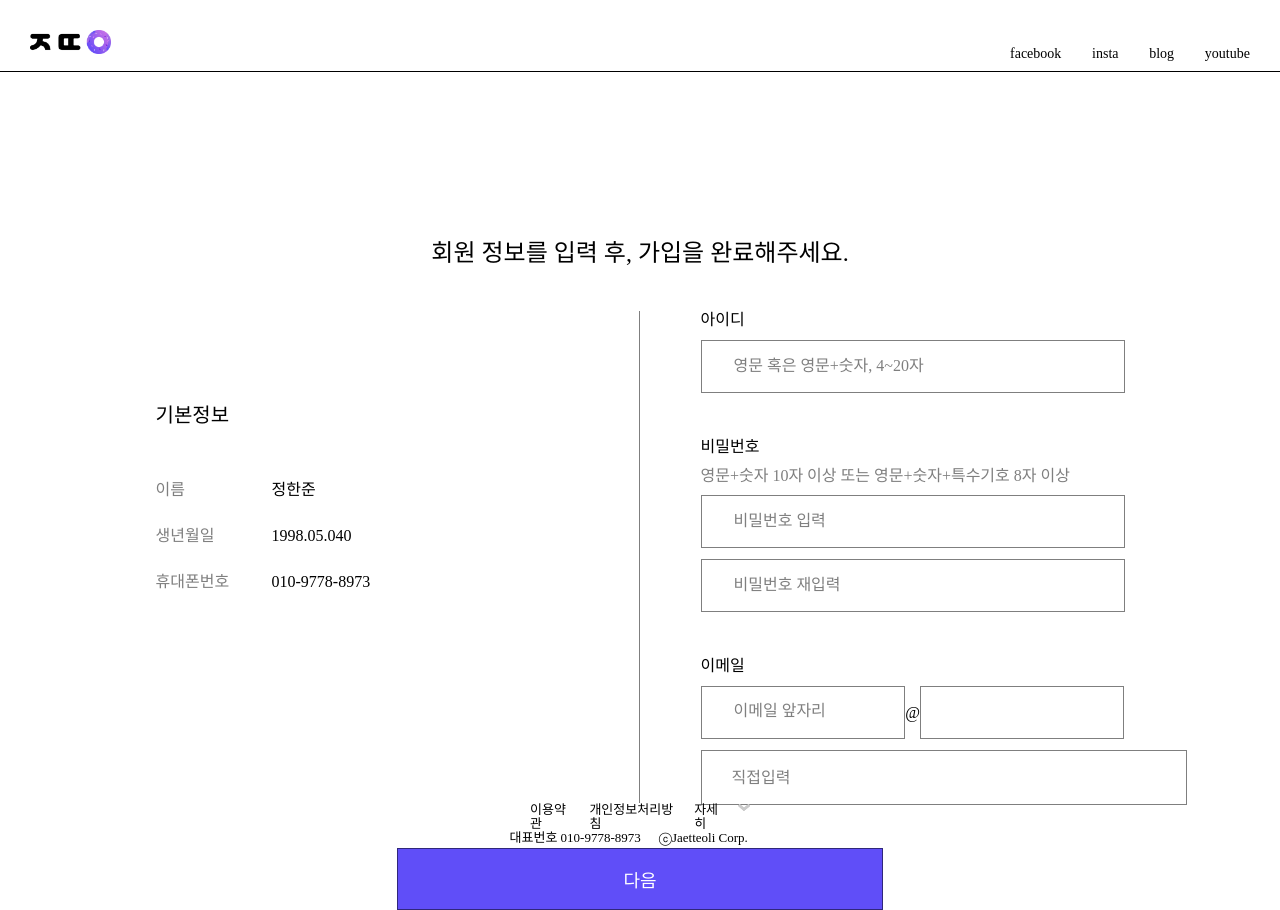
Repository: raoniee/Jaetteoli-React-Project
Page: /signup/begin
The author's editor kept a copy of each file at every save. The page is drawn from the files as they stood at one save, then again after the next save.
The browser window is 1280 px wide. The pictures show the whole page.
Some web fonts or font styles are not loaded; a fallback is used. The project was rebuilt for these pictures with package versions that can differ from the ones it lists, and the page was loaded fresh each time. Also part of the build but not shown: src/component/main/ManageReview.module.css, src/component/main/ReviewContainer.module.css, src/component/main/ReviewItem.module.css, src/component/main/ReviewItem.js, src/component/main/ReviewContainer.js, src/component/sidebar/SideBar.module.css, src/component/sidebar/SideBar.js, src/component/main/ManageReview.js and 53 more.

Above is the page before, as saved 2023-07-06 21:31:17.

After the next save:
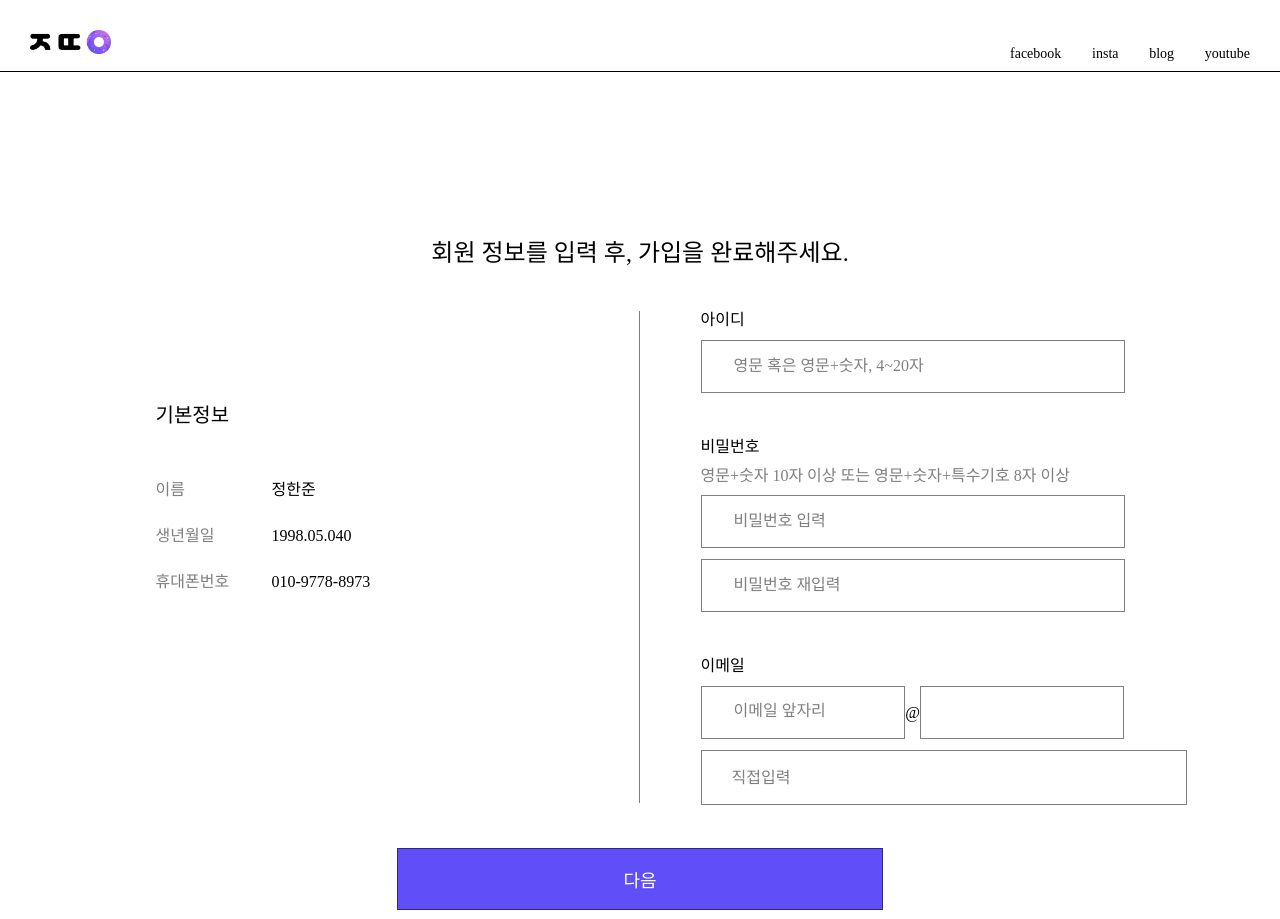
Saved 6 min 26 s later.
--- a/src/component/memberShip/MembershipInformation.module.css
+++ b/src/component/memberShip/MembershipInformation.module.css
@@ -6,6 +6,7 @@
 .MembershipInformation {
   margin: 0 auto;
   margin-top: 240px;
+  margin-bottom: 45px;
 }
 
 .title {

After the save that followed:
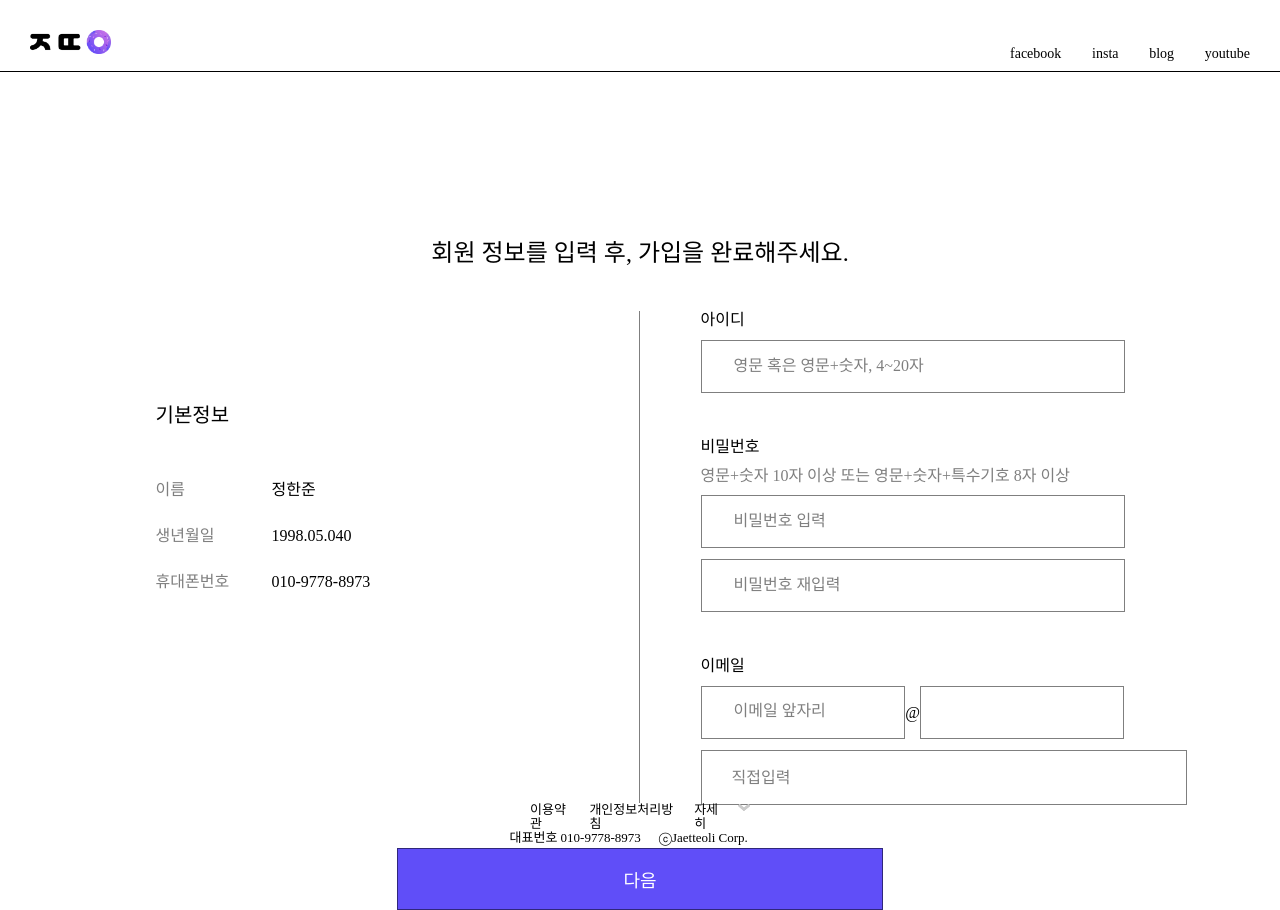
Saved 12 s later.
--- a/src/component/memberShip/MembershipInformation.module.css
+++ b/src/component/memberShip/MembershipInformation.module.css
@@ -6,7 +6,7 @@
 .MembershipInformation {
   margin: 0 auto;
   margin-top: 240px;
-  margin-bottom: 45px;
+  /* margin-bottom: 45px; */
 }
 
 .title {
